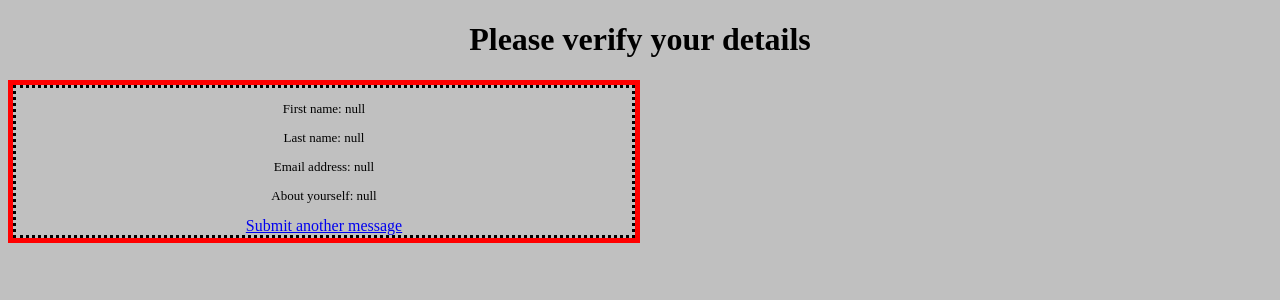
Repository: hornstein-inc/Training
Page: http://localhost/result
These files come from the project's save history. The page is drawn as it stood at one moment and after the next save; the edit follows.
The browser window is 1280 px wide. The pictures show the whole page.
The page is this project's Thymeleaf template; nobody is signed in. The template is opened directly, without the code that normally fills it, so the values that code supplies are empty.

Above is the page before, as saved 2019-04-30 13:00:01.

After the next save:
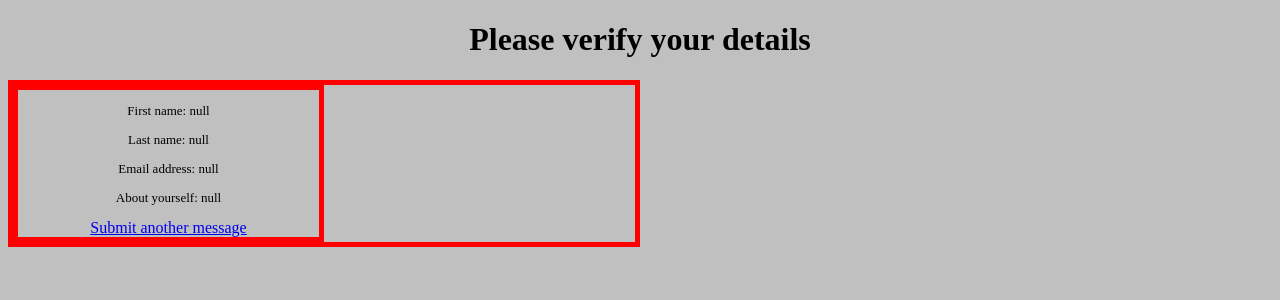
Saved 28 s later.
--- a/Training/gs-handling-form-submission/initial/src/main/resources/static/css/style.css
+++ b/Training/gs-handling-form-submission/initial/src/main/resources/static/css/style.css
@@ -52,8 +52,11 @@ input{
 
 .border{
 
-	border-style: dotted;
-
+	text-align: center;
+	box-sizing: border-box;
+	width: 50%;
+	border: 5px solid red;
+	float: left;
 
 }
 
